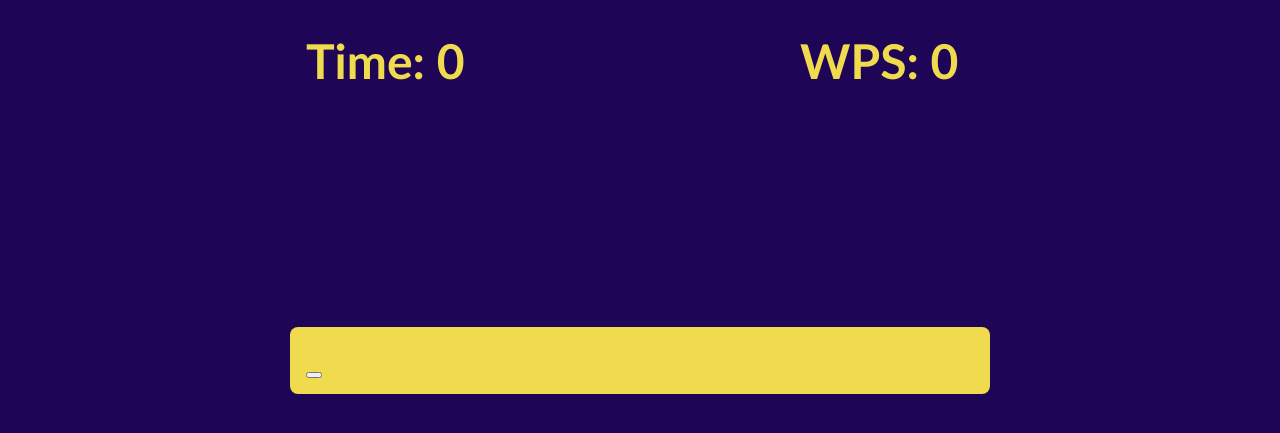
Repository: KhangNguyenIU/Vanilajs-TypingSpeed
Page: index.html
The author's editor kept a copy of each file at every save. The page is drawn from the files as they stood at one save, then again after the next save.
The browser window is 1280 px wide. The pictures show the whole page.
The page's requests for data from a server got no answer.

Above is the page before, as saved 2021-10-15 11:46:05.

After the next save:
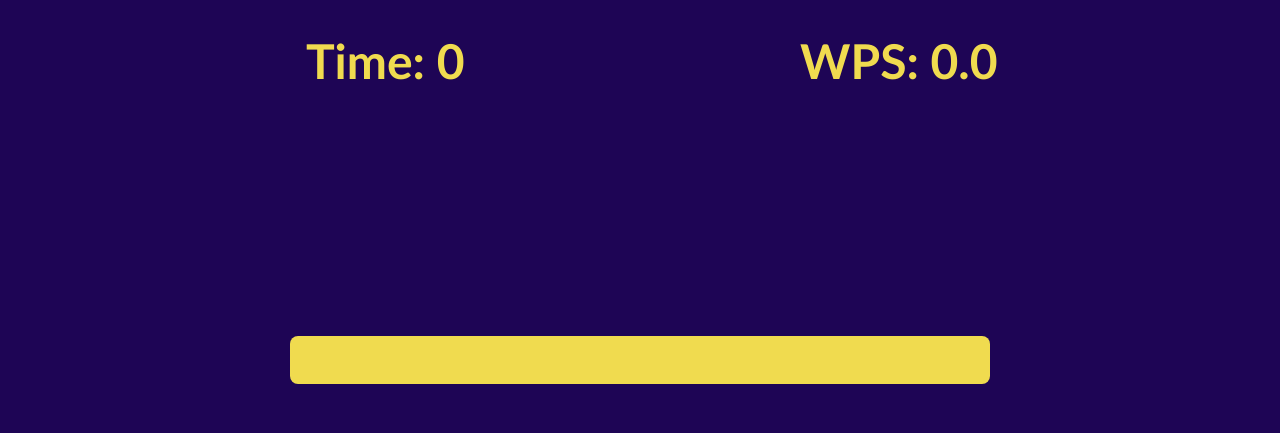
Console error: TypeError: Cannot read properties of null (reading 'addEventListener')
Saved 40 s later.
--- a/index.html
+++ b/index.html
@@ -20,7 +20,6 @@
           <span id="word-speed"> 0.0 </span>
         </div>
         <div class="quote-display" id="quoteDisplay"></div>
-        <button id=button></button>
       </div>
 
       <div class="modal" id ="modal">

After the save that followed:
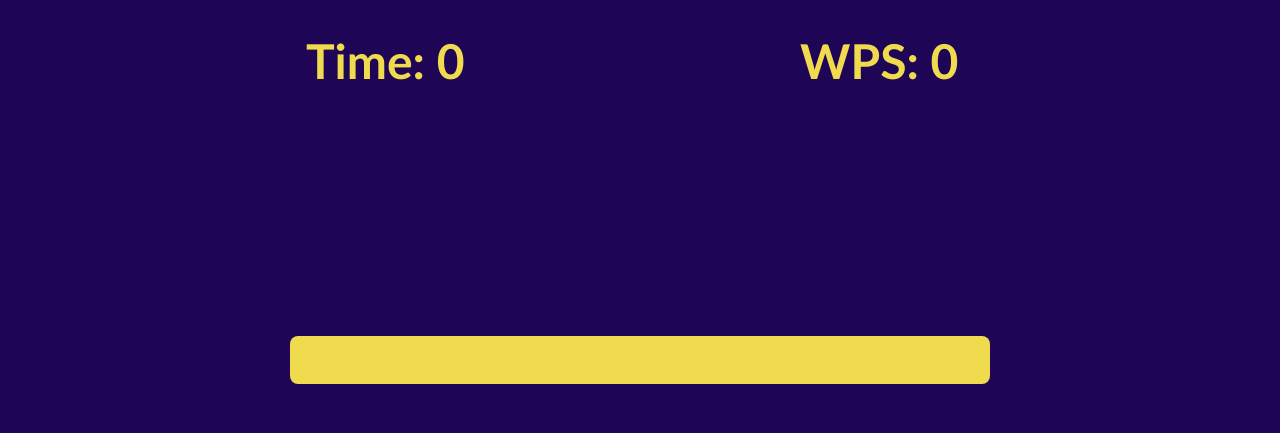
The error is gone.
Saved 89 s later.
--- a/index.html
+++ b/index.html
@@ -25,7 +25,7 @@
       <div class="modal" id ="modal">
           <div class="modal-body">
               <p>Congratulation</p>
-              <p>Accuracy : 90%</p>
+              <p >Accuracy : 90%</p>
               <p>Word per seconds: 3.43</p>
           </div>
       </div>
--- a/script.js
+++ b/script.js
@@ -15,11 +15,6 @@ let flag = false
 let startTime;
 var interval;
 
-
-const button = document.getElementById("button")
-button.addEventListener("click",function(){
-    openModal()
-})
 
 overlay.addEventListener("click",function(){
     console.log("click")
